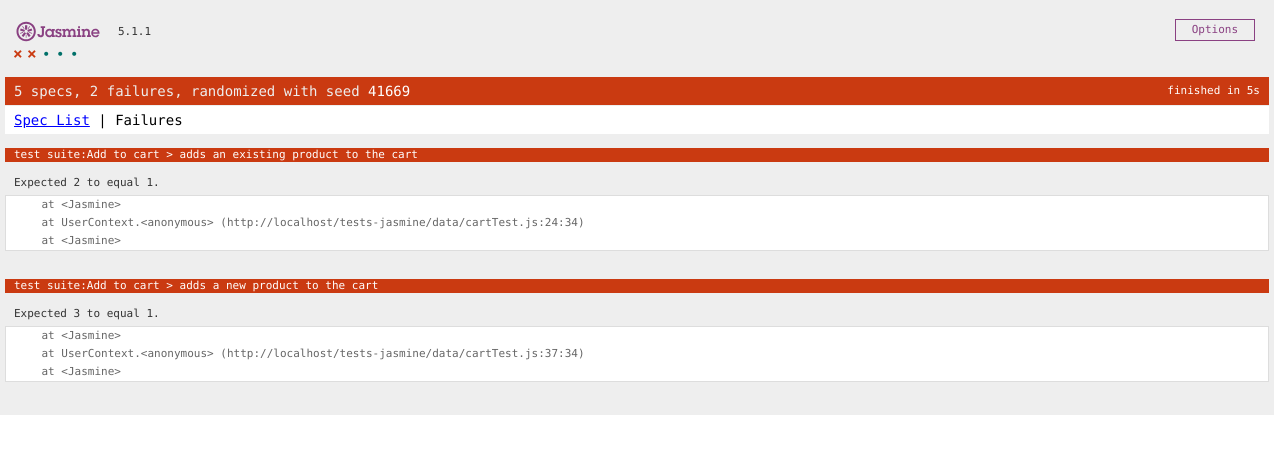
Repository: Srikeerthi05/Amazon-project
Page: tests-jasmine/tests.html
An editor plug-in stored every save of this project. The page is shown before and after a run of saves, followed by the edit.
The browser window is 1280 px wide. The pictures show the whole page.

Above is the page before, as saved 2025-05-25 13:47:35.

After the next 2 saves:
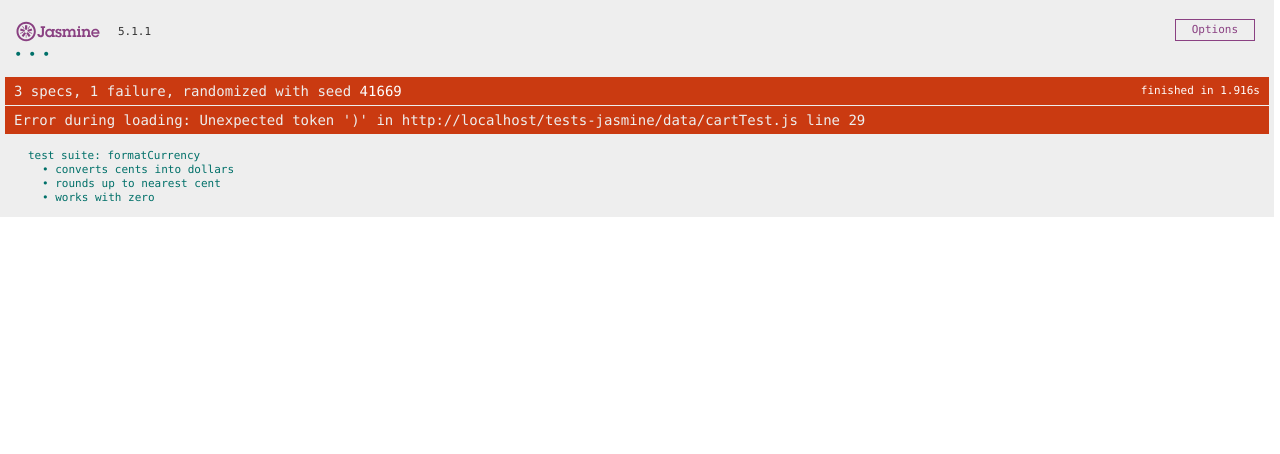
Console error: SyntaxError: Unexpected token ')'
The 2 saves are shown as one change because they came seconds apart.
The last was saved 68 s later.
--- a/tests-jasmine/data/cartTest.js
+++ b/tests-jasmine/data/cartTest.js
@@ -26,7 +26,7 @@
 
     it('adds a new product to the cart',()=>{
         spyOn(localStorage,'setItem');
-        spyOn(localStorage,'getItem')
+        spyOn(localStorage,'getItem').and.callFake(())
 
 
 

After the save that followed:
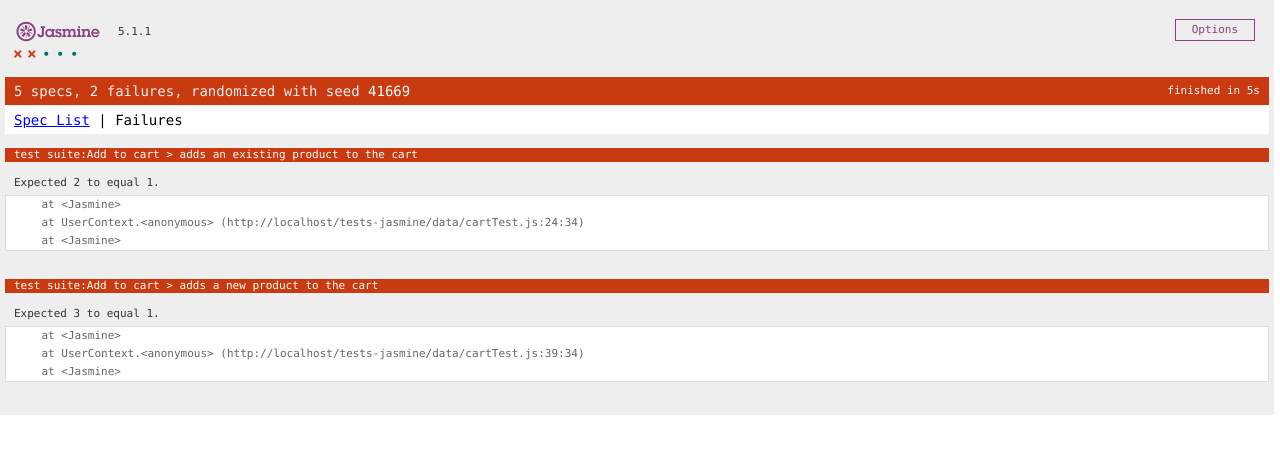
The error is gone.
Saved 4 s later.
--- a/tests-jasmine/data/cartTest.js
+++ b/tests-jasmine/data/cartTest.js
@@ -26,7 +26,9 @@
 
     it('adds a new product to the cart',()=>{
         spyOn(localStorage,'setItem');
-        spyOn(localStorage,'getItem').and.callFake(())
+        spyOn(localStorage,'getItem').and.callFake(()=>{
+
+        })
 
 
 
